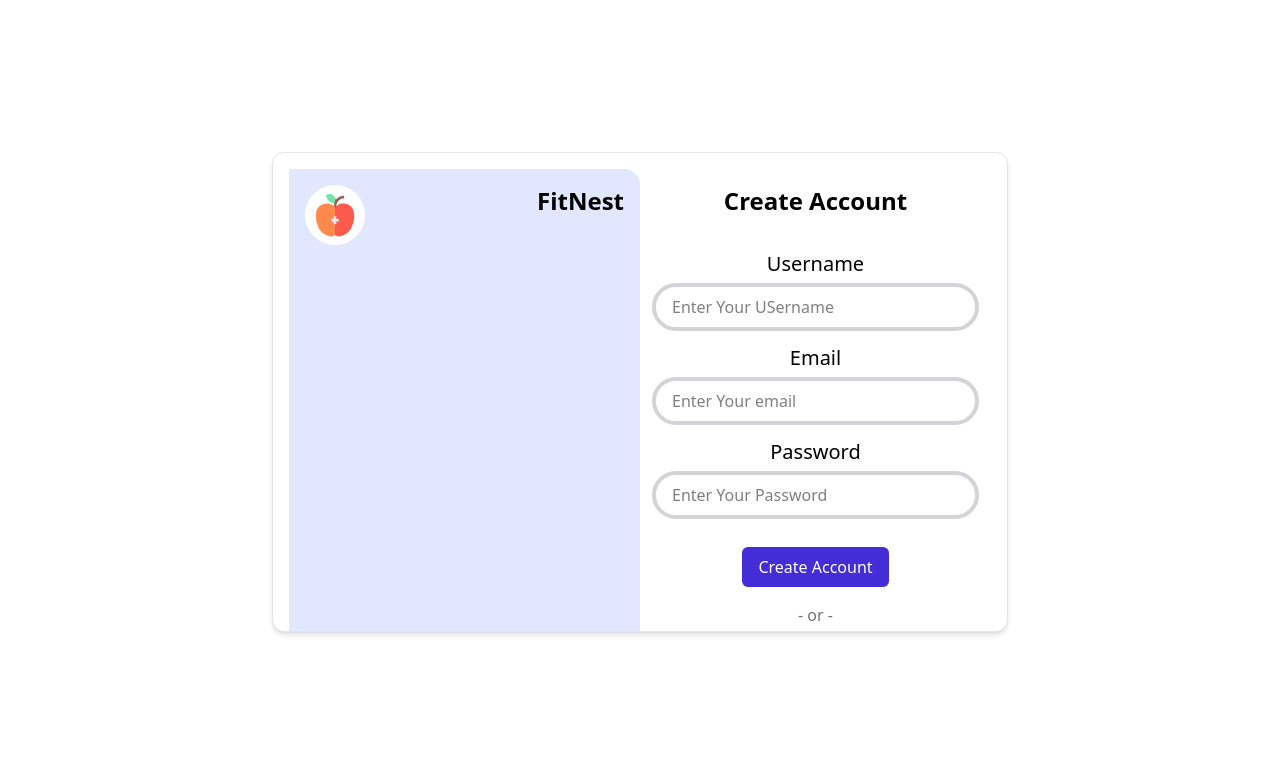
Repository: aryan151pratap/FitPanda
Page: / (app in frontened/)
These files come from the project's save history. The page is drawn as it stood at one moment and after the next save; the edit follows.
The browser window is 1280 px wide. The pictures show the whole page.
The project was rebuilt for these pictures with package versions that can differ from the ones it lists, and the page was loaded fresh each time. Also part of the build but not shown: frontened/vite.config.js, frontened/src/login/login.jsx.

Above is the page before, as saved 2025-06-03 22:53:56.

### frontened/src/App.jsx
import { useState } from 'react'
import './App.css'
import Page_1 from './components/page_1';
import Sign_up from './login/sign_up';

function App() {
  const [count, setCount] = useState(0)

  return (
    <>
    <div className=''>
      <Sign_up/>
      <Page_1/>
    </div>
    </>
  )
}

export default App

### frontened/src/components/page_1.jsx
function Page_1(){
	return(
		<>
		<div className="">

		</div>
		</>
	)
}

export default Page_1;

### frontened/src/login/sign_up.jsx
import Login from './login';
import apple from '../image/apple.png';

function Sign_up(){
	return(
		<>
		<div className="w-full h-screen px-20 py-20 md:px-60 md:py-30">
			<div className="w-full h-full">
				<div className="w-full h-full bg-white grid grid-cols-2 rounded-xl overflow-hidden p-4 shadow-md border-1 border-zinc-200">
					<div className="bg-indigo-100 p-4 text-indigo-300 rounded-b-2xl rounded-tr-2xl flex flex-col">
						<div className='w-full flex justify-between font-bold text-black text-2xl gap-4'>
							<img src={apple} alt="" className='h-15 w-15 p-2 bg-white rounded-full'/>
							<div className="">
								<p>FitNest</p>
							</div>
						</div>
					</div>

					<div className="w-full h-full flex flex-col">
						<div className="w-full rounded-full p-4 ">
							<p className="text-2xl w-full flex justify-center font-bold">Create Account</p>
						</div>
						<form action="" className="h-full p-4 flex flex-col gap-4 justify-center">
							<div className="flex flex-col gap-2">
								<label htmlFor="" className="px-2 text-[20px]">Username</label>
								<input type="text" placeholder="Enter Your USername" className="px-4 py-2 w-full outline-4 rounded-full outline-zinc-300"/>
							</div>
							<div className="flex flex-col gap-2">
								<label htmlFor="" className="px-2 text-[20px]">Email</label>
								<input type="text" placeholder="Enter Your email" className="px-4 py-2 w-full outline-4 rounded-full outline-zinc-300"/>
							</div>
							<div className="flex flex-col gap-2">
								<label htmlFor="" className="px-2 text-[20px]">Password</label>
								<input type="text" placeholder="Enter Your Password" className="px-4 py-2 w-full outline-4 rounded-full outline-zinc-300"/>
							</div>
						</form>
						<div className="w-full p-4 flex flex-wrap gap-4 justify-center">
							<button className="px-4 py-2 rounded-md text-white bg-indigo-700 hover:bg-indigo-900 cursor-pointer"><span>Create Account</span></button>

							<p className="w-full flex justify-center text-zinc-500">- or -</p>
							<div className="w-full flex justify-center">
								<p>Already have an account <button className="text-blue-600 hover:underline"
								>Login</button></p>
							</div>
						</div>
					</div>
				</div>
			</div>
		</div>
		</>
	)
}

export default Sign_up;

Loaded but not shown: frontened/index.html (common file); frontened/src/main.jsx (common file); frontened/src/App.css (common file)

After the next save:
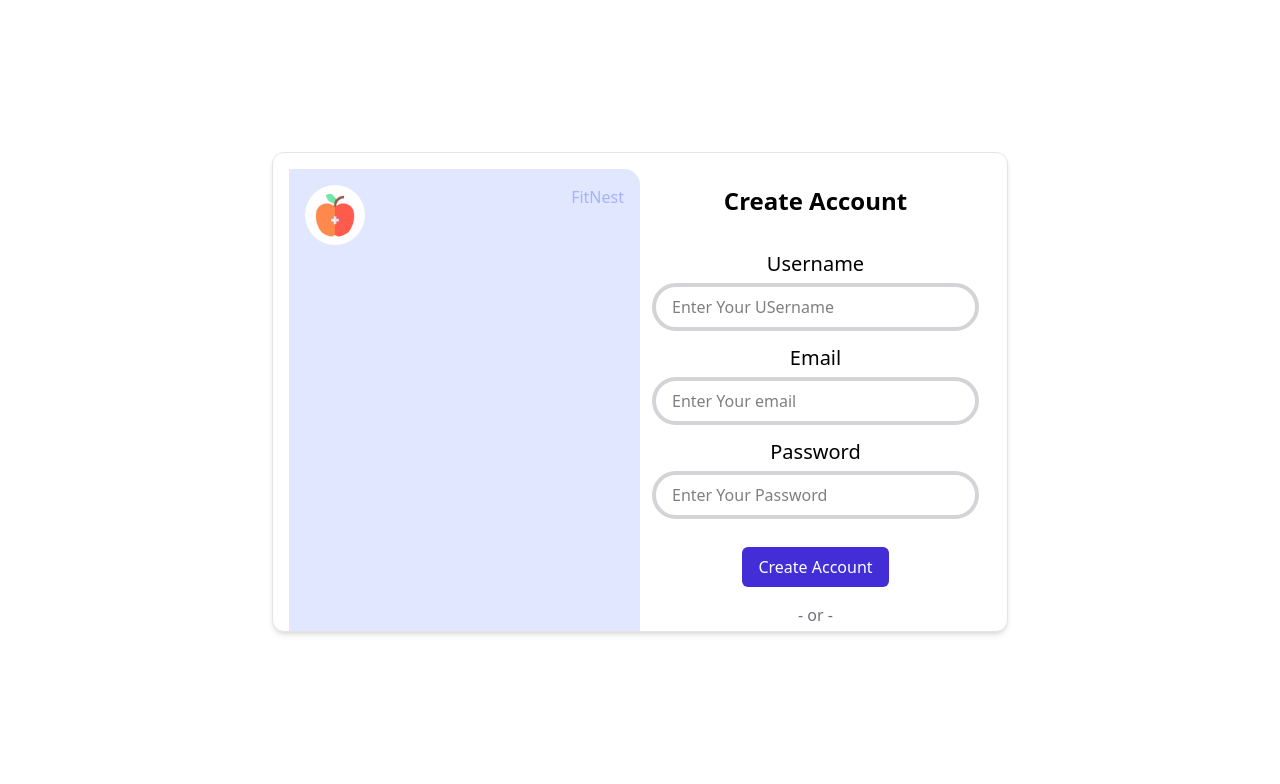
Saved 20 s later.
--- a/frontened/src/login/sign_up.jsx
+++ b/frontened/src/login/sign_up.jsx
@@ -7,12 +7,12 @@ function Sign_up(){
 		<div className="w-full h-screen px-20 py-20 md:px-60 md:py-30">
 			<div className="w-full h-full">
 				<div className="w-full h-full bg-white grid grid-cols-2 rounded-xl overflow-hidden p-4 shadow-md border-1 border-zinc-200">
-					<div className="bg-indigo-100 p-4 text-indigo-300 rounded-b-2xl rounded-tr-2xl flex flex-col">
+					<div className="bg-indigo-100 p-4 text-indigo-300 rounded-b-2xl rounded-tr-2xl flex">
 						<div className='w-full flex justify-between font-bold text-black text-2xl gap-4'>
 							<img src={apple} alt="" className='h-15 w-15 p-2 bg-white rounded-full'/>
-							<div className="">
-								<p>FitNest</p>
-							</div>
+						</div>
+						<div className="">
+							<p>FitNest</p>
 						</div>
 					</div>
 
